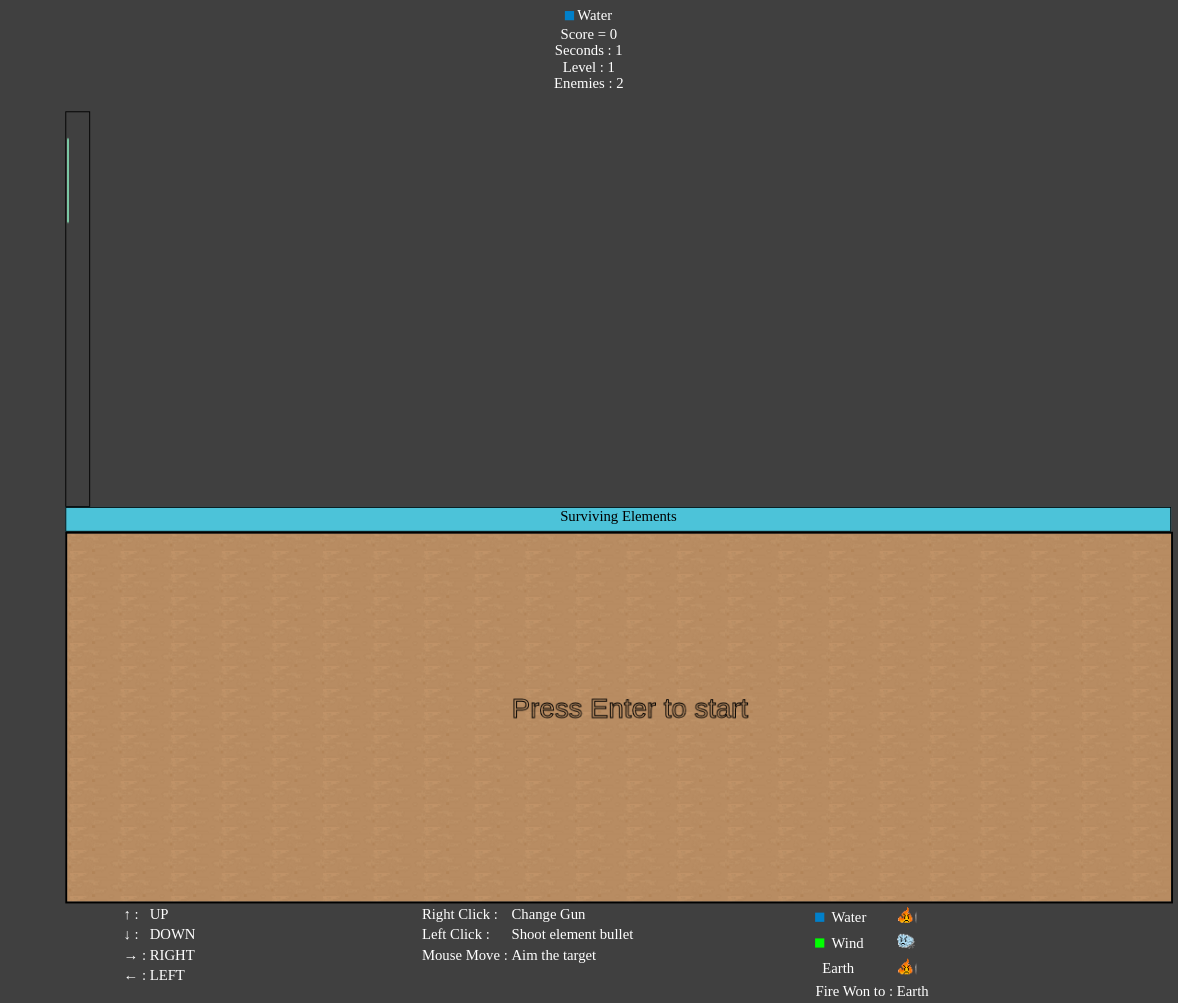
Repository: Pabloitto/Surviving-elements
Page: Surviving-Elements/index.html
The author's editor kept a record of every edit. The page is drawn from the files as they stood at one moment, then again after the next edit.
The browser window is 1280 px wide. The pictures show the whole page, at 92% of full size.

Above is the page before.

After the next edit:
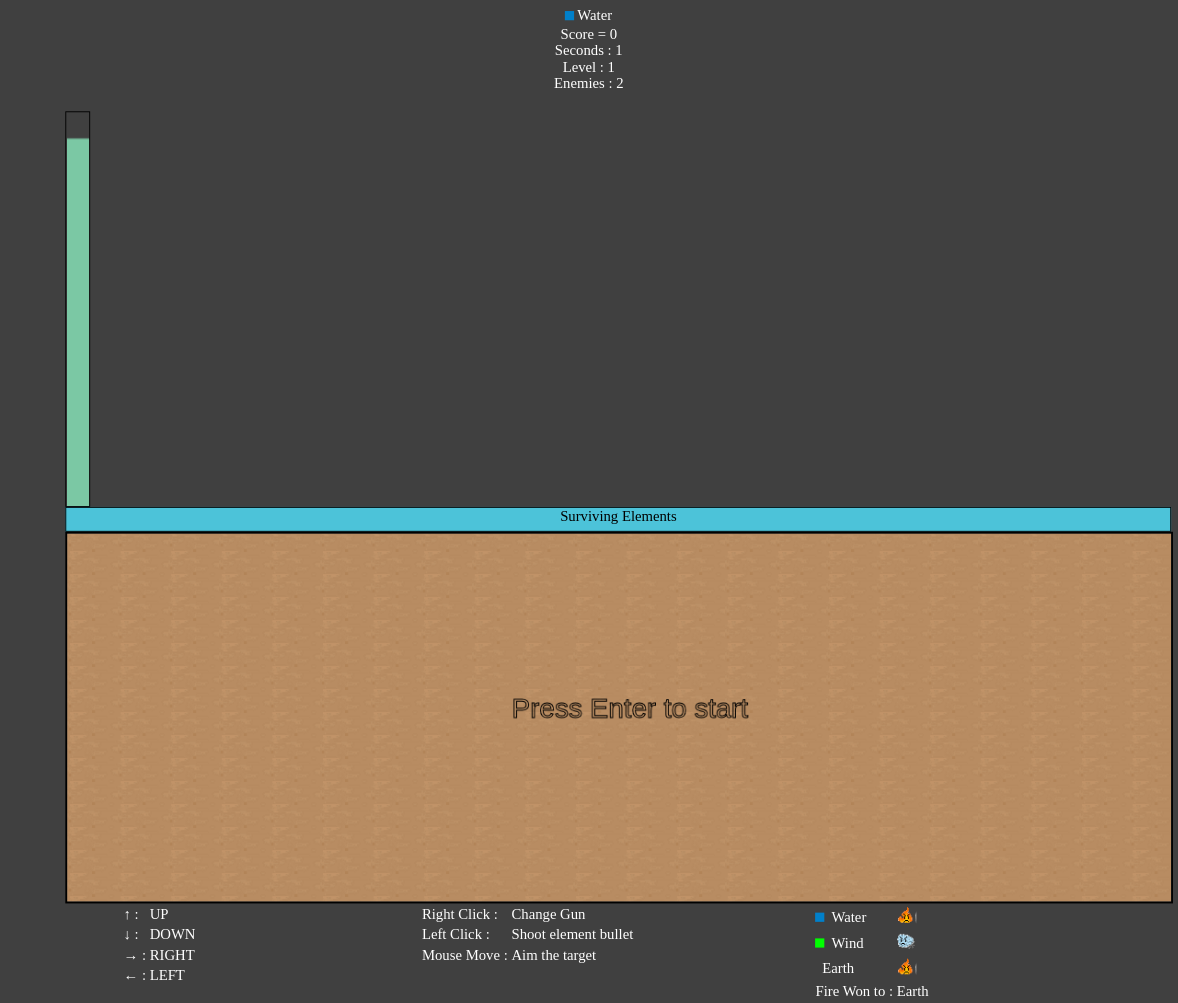
The edit:
--- a/Surviving-Elements/models/progressbar.js
+++ b/Surviving-Elements/models/progressbar.js
@@ -1,6 +1,7 @@
 $.ProgressBar= (function(shape){
-	function ProgressBar(){
-
+	function ProgressBar(width,height){
+		this.width = width;
+		this.height = height;
 	}
 	ProgressBar.prototype = Object.create(shape.prototype);
 	return ProgressBar;
